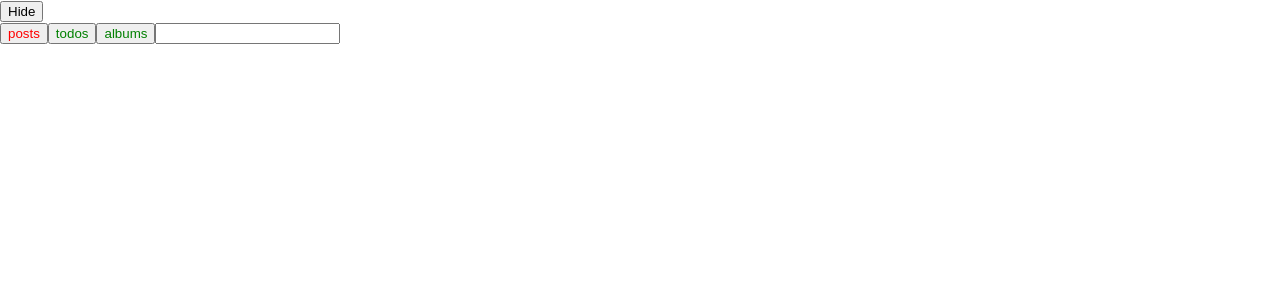
Repository: haidawngvn/hooks-bible
Page: /, after clicking the first element matching `button`
The author's editor kept a copy of each file at every save. The page is drawn from the files as they stood at one save, then again after the next save.
The browser window is 1280 px wide. The pictures show the whole page.
The page's requests for data from a server got no answer. The project was rebuilt for these pictures with package versions that can differ from the ones it lists, and the page was loaded fresh each time. No one was signed in, and anything a server would have sent is missing.

Above is the page before, as saved 2022-07-29 02:11:46.

### public/index.html
<!DOCTYPE html>
<html lang="en">
  <head>
    <meta charset="utf-8" />
    <link rel="icon" href="%PUBLIC_URL%/favicon.ico" />
    <meta name="viewport" content="width=device-width, initial-scale=1" />
    <meta name="theme-color" content="#000000" />
    <meta
      name="description"
      content="Web site created using create-react-app"
    />
    <link rel="apple-touch-icon" href="%PUBLIC_URL%/logo192.png" />
    <!--
      manifest.json provides metadata used when your web app is installed on a
      user's mobile device or desktop. See https://developers.google.com/web/fundamentals/web-app-manifest/
    -->
    <link rel="manifest" href="%PUBLIC_URL%/manifest.json" />
    <!--
      Notice the use of %PUBLIC_URL% in the tags above.
      It will be replaced with the URL of the `public` folder during the build.
      Only files inside the `public` folder can be referenced from the HTML.

      Unlike "/favicon.ico" or "favicon.ico", "%PUBLIC_URL%/favicon.ico" will
      work correctly both with client-side routing and a non-root public URL.
      Learn how to configure a non-root public URL by running `npm run build`.
    -->
    <title>Hooks Examples</title>
  </head>
  <body>
    <noscript>You need to enable JavaScript to run this app.</noscript>
    <div id="root"></div>
    <!--
      This HTML file is a template.
      If you open it directly in the browser, you will see an empty page.

      You can add webfonts, meta tags, or analytics to this file.
      The build step will place the bundled scripts into the <body> tag.

      To begin the development, run `npm start` or `yarn start`.
      To create a production bundle, use `npm run build` or `yarn build`.
    -->
  </body>
</html>

### src/App.js
import  { useState } from 'react'
import Content from './Content';

function App() {
    const [show, setShow] = useState(false)

    return (
        <div className="App">
            <button
                onClick={() => setShow(!show)}
            >
                {show ? 'Hide' : 'Show'}
            </button>
            { show && <Content/>}

        </div>
    );
}

export default App;

### src/Content.js
import  { useEffect, useState } from 'react'


// mount: gắn vô DOM    ||    mounted: đã đc gắn vô DOM
// unmount: gỡ khỏi DOM

// 3 TH cua useEffect:
//   1. useEffect(callback)
//      - Gọi callback mỗi khi component re-render (setState) (1)
//      - Gọi callback sau khi component thêm element vào DOM (sau khi phần element trong return đc thêm vào DOM) (2)
//   2. useEffect(callback, []) deps empty
//      - Chỉ gọi callback 1 lần sau khi component mounted
//   3. useEffect(callback, [deps])

// cả 3 TH:
//      - callback luôn đc gọi sau khi component mounted


const tabs = ['posts' , 'todos', 'albums']

function Content() {

    const [state, setState] = useState('')
    const [posts, setPosts] = useState([])
    const [type, setType] = useState('posts')

    // TH 1
    // useEffect(() => {
    //     console.log('Mounted'); //(2)
    //     document.title = state
    // })

    // Vấn đề của TH 1
    // ví dụ chỉ có callback mà gọi api như này để lấy data render ra view
    // api sẽ được gọi vô hạn vì khi lấy đc data, setState sẽ đc dùng để thay đổi state
    // mà setState sẽ re-render, mỗi khi re-render ==> lại vô useEffect để chạy callback (lý thuyết)
    // useEffect(() => {
        // fetch('https://jsonplaceholder.typicode.com/posts')
        //     .then(res => res.json())
        //     .then(posts => {
        //         setPosts(posts)
        //     })
    // })

    // TH 2
    useEffect(() => {
        fetch('https://jsonplaceholder.typicode.com/posts')
            .then(res => res.json())
            .then(posts => {
                setPosts(posts)
            })
    }, [])

    console.log(type);

    return(
        <div>
            {tabs.map((tab, i) => (
                <button
                    key= {tab}
                    onClick={() => setType(tab)}
                    style={
                        type === tab ? {color: 'red'} : {color: 'green'}
                    }
                >
                    {tab}
                </button>
            ))}

            <input
                value={state}
                onChange={e => setState(e.target.value) } // (1)
            />
            {console.log('Render')} {/* (2) */}

            <ul>
                {posts.map((post, index) => (
                    <li key={post.id}>
                        {post.title}
                    </li>
                ))}
            </ul>
        </div>
    )
}

export default Content

Loaded but not shown: src/index.js (common file); src/index.css (common file); src/reportWebVitals.js (common file)

After the next save:
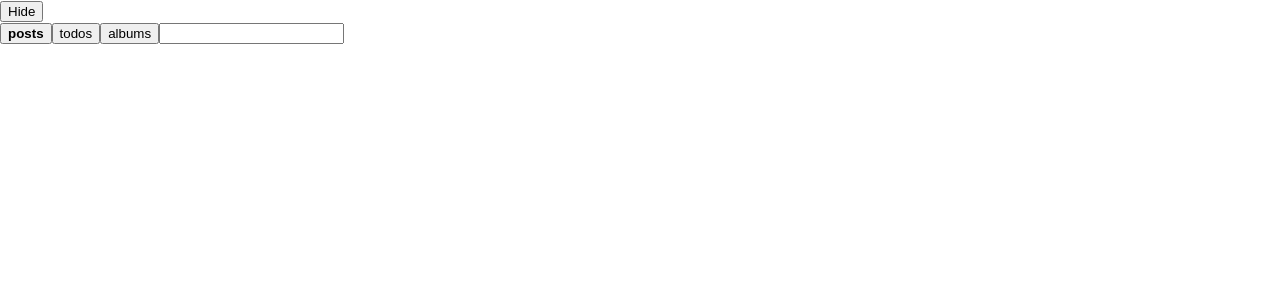
Saved 25 s later.
--- a/src/Content.js
+++ b/src/Content.js
@@ -60,7 +60,7 @@ function Content() {
                     key= {tab}
                     onClick={() => setType(tab)}
                     style={
-                        type === tab ? {color: 'red'} : {color: 'green'}
+                        type === tab ? {fontWeight: 'bold'} : {}
                     }
                 >
                     {tab}
